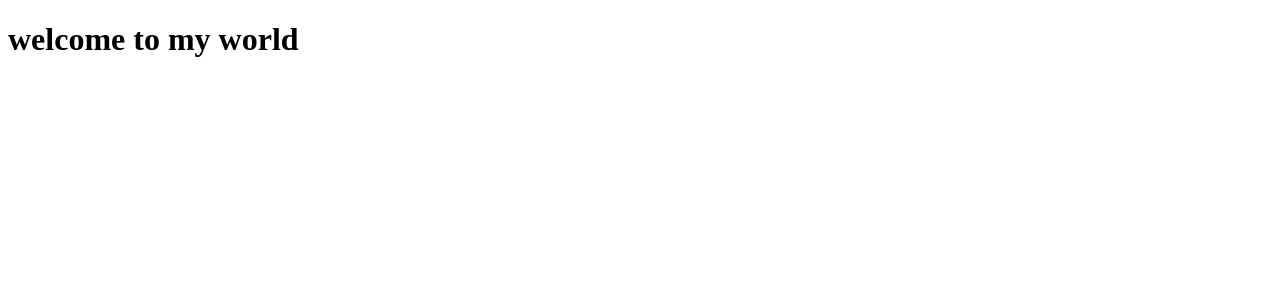
Repository: JeongYT/JSP
Page: http://localhost/jspproject/test1.jsp
The author's editor kept a copy of each file at every save. The page is drawn from the files as they stood at one save, then again after the next save.
The browser window is 1280 px wide. The pictures show the whole page.
The page is served by Tomcat 9.

Above is the page before, as saved 2023-07-06 01:41:50.

After the next save:
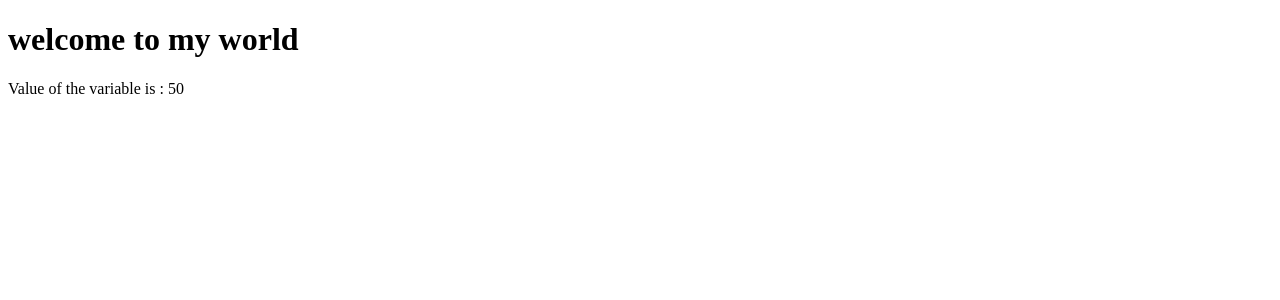
Saved 28 min 5 s later.
--- a/jspproject/src/main/webapp/test1.jsp
+++ b/jspproject/src/main/webapp/test1.jsp
@@ -8,5 +8,9 @@
 </head>
 <body>
 	<h1>welcome to my world</h1>
+	<%! int data = 50; %>
+	<%
+		out.println("Value of the variable is : " + data);
+	%>
 </body>
 </html>
